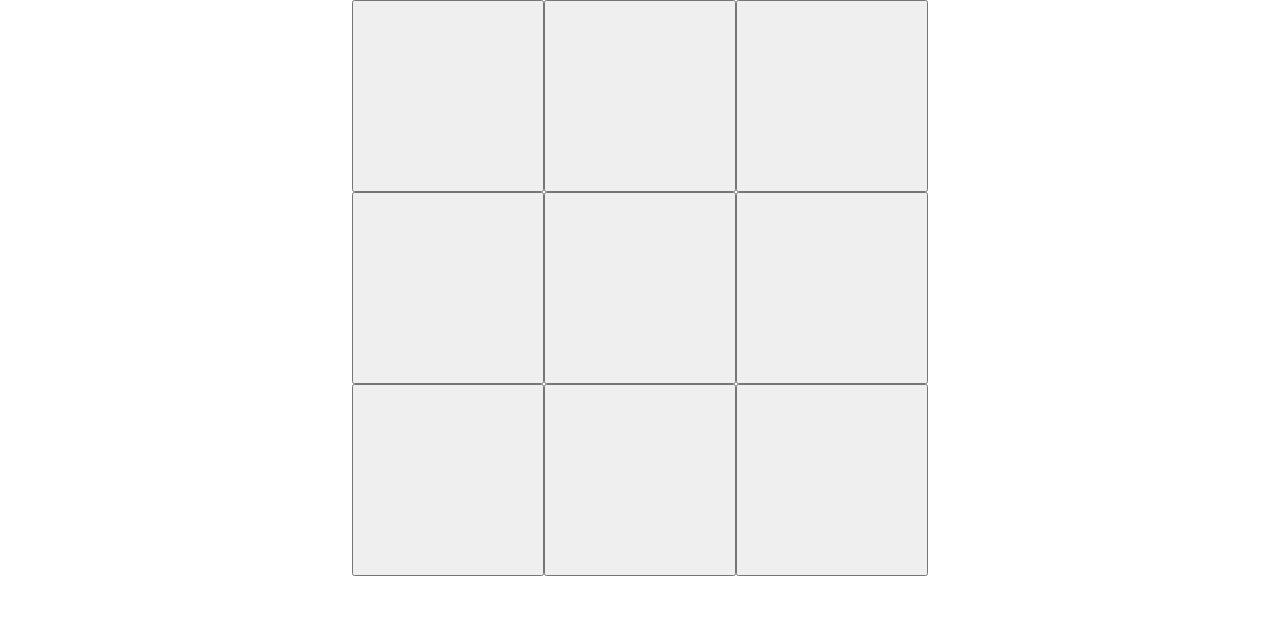
Repository: napan24/tic-tac-toe
Page: /
These files come from the project's save history. The page is drawn as it stood at one moment and after the next save; the edit follows.
The browser window is 1280 px wide. The pictures show the whole page.
The project was rebuilt for these pictures with package versions that can differ from the ones it lists, and the page was loaded fresh each time. Also part of the build but not shown: src/App.css.

Above is the page before, as saved 2022-06-12 22:26:44.

### src/App.js
import {useEffect} from 'react';
import logo from './logo.svg';
import './App.css';
import { FontAwesomeIcon } from '@fortawesome/react-fontawesome';
import { faXmark } from '@fortawesome/free-solid-svg-icons';
import { faCircle } from '@fortawesome/free-regular-svg-icons';
import './tik.css';
import { useState } from 'react';
import cross from './cross.jpg';
/* <FontAwesomeIcon icon={faXmark} size="5x" /> */
/* <FontAwesomeIcon icon={faCircle} size="5x"/> */

// const cl=event.currentTarget.id;
// const el = document.getElementById(cl);
// el.append(a);
function App() {
  const [curr,setCurr]=useState(false);
  const handleClick = event => {
    const cl=event.currentTarget.id;
    document.getElementById(cl).style.backgroundImage = {cross};
    setCurr(!curr);
  };

  return (
    <>
      <div id="row1" style={{ display: "flex", justifyContent: "center", alignContent: "center" }}>
        <button id="r1column1" onClick={handleClick} style={{ height: "15vw", width: "15vw" }}></button>
        <button id="r1column2" onClick={handleClick} style={{ height: "15vw", width: "15vw" }}></button>
        <button id="r1column3" onClick={handleClick} style={{ height: "15vw", width: "15vw" }}></button>
      </div>
      <div id="row2" style={{ display: "flex", justifyContent: "center", alignContent: "center" }}>
        <button id="r2column1" onClick={handleClick} style={{ height: "15vw", width: "15vw" }}></button>
        <button id="r2column2" onClick={handleClick} style={{ height: "15vw", width: "15vw" }}></button>
        <button id="r2column3" onClick={handleClick} style={{ height: "15vw", width: "15vw" }}></button>
      </div>
      <div id="row" style={{ display: "flex", justifyContent: "center", alignContent: "center" }}>
        <button id="r3column1" onClick={handleClick} style={{ height: "15vw", width: "15vw" }}></button>
        <button id="r3column2" onClick={handleClick} style={{ height: "15vw", width: "15vw" }}></button>
        <button id="r3column3" onClick={handleClick} style={{ height: "15vw", width: "15vw" }}></button>
      </div>
    </>
  );
}

export default App;

### src/tik.css
* {
    box-sizing: border-box;
  }

  /* Create three equal columns that floats next to each other */
  .column {
    float: left;
    width: 25%;
    height:35vh;
  }

  /* Clear floats after the columns */
  .row:after {
    content: "";
    display: table;
    clear: both;
  }

Loaded but not shown: public/index.html (common file); src/index.js (common file); src/index.css (common file); src/reportWebVitals.js (common file)

After the next save:
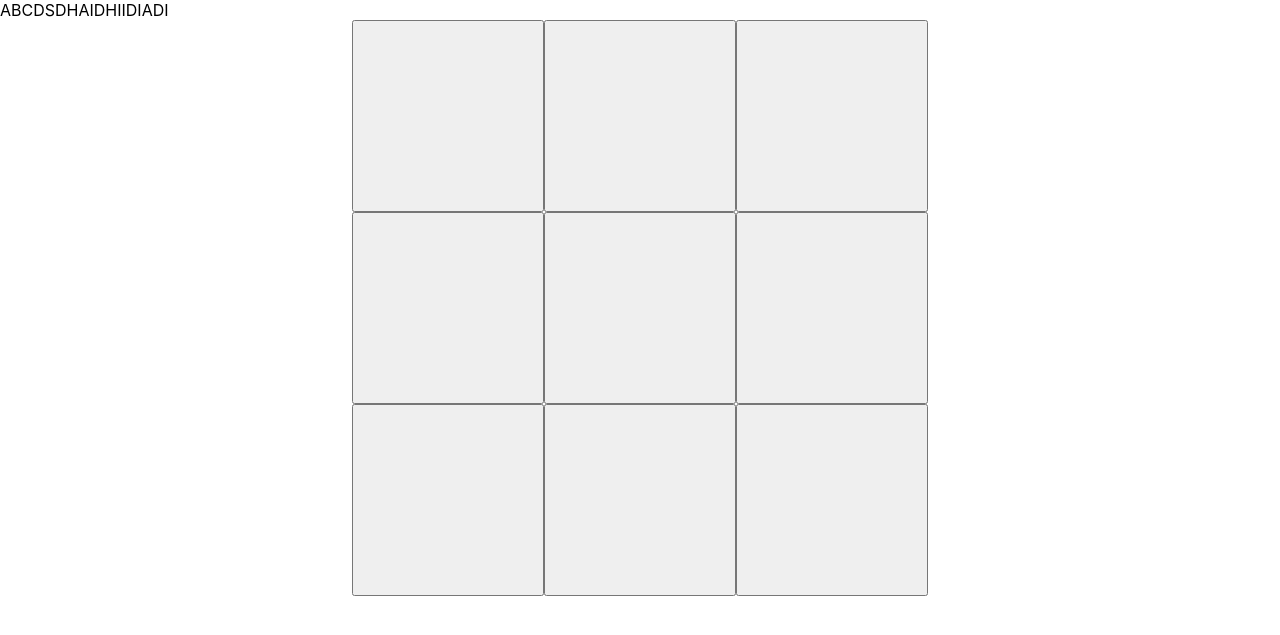
Saved 52 s later.
--- a/src/App.js
+++ b/src/App.js
@@ -23,6 +23,9 @@
 
   return (
     <>
+    <div style={{backgroundImage:{cross}}}>
+      ABCDSDHAIDHIIDIADI
+    </div>
       <div id="row1" style={{ display: "flex", justifyContent: "center", alignContent: "center" }}>
         <button id="r1column1" onClick={handleClick} style={{ height: "15vw", width: "15vw" }}></button>
         <button id="r1column2" onClick={handleClick} style={{ height: "15vw", width: "15vw" }}></button>

After the save that followed:
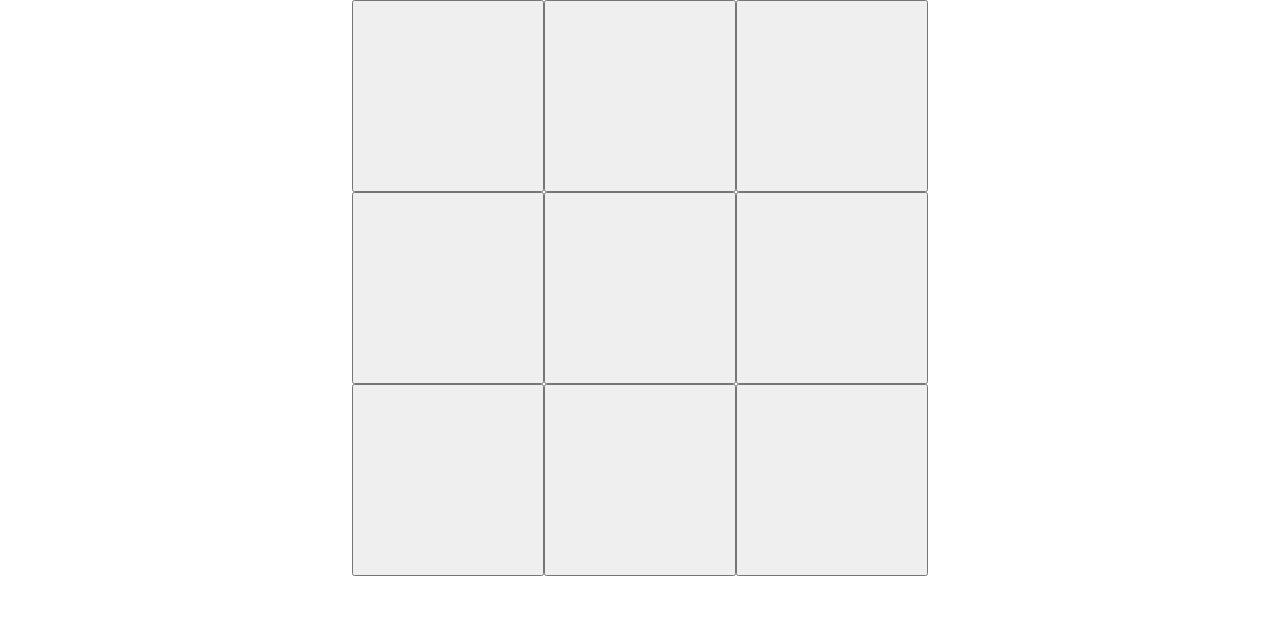
Saved 11 s later.
--- a/src/App.js
+++ b/src/App.js
@@ -23,9 +23,6 @@
 
   return (
     <>
-    <div style={{backgroundImage:{cross}}}>
-      ABCDSDHAIDHIIDIADI
-    </div>
       <div id="row1" style={{ display: "flex", justifyContent: "center", alignContent: "center" }}>
         <button id="r1column1" onClick={handleClick} style={{ height: "15vw", width: "15vw" }}></button>
         <button id="r1column2" onClick={handleClick} style={{ height: "15vw", width: "15vw" }}></button>
